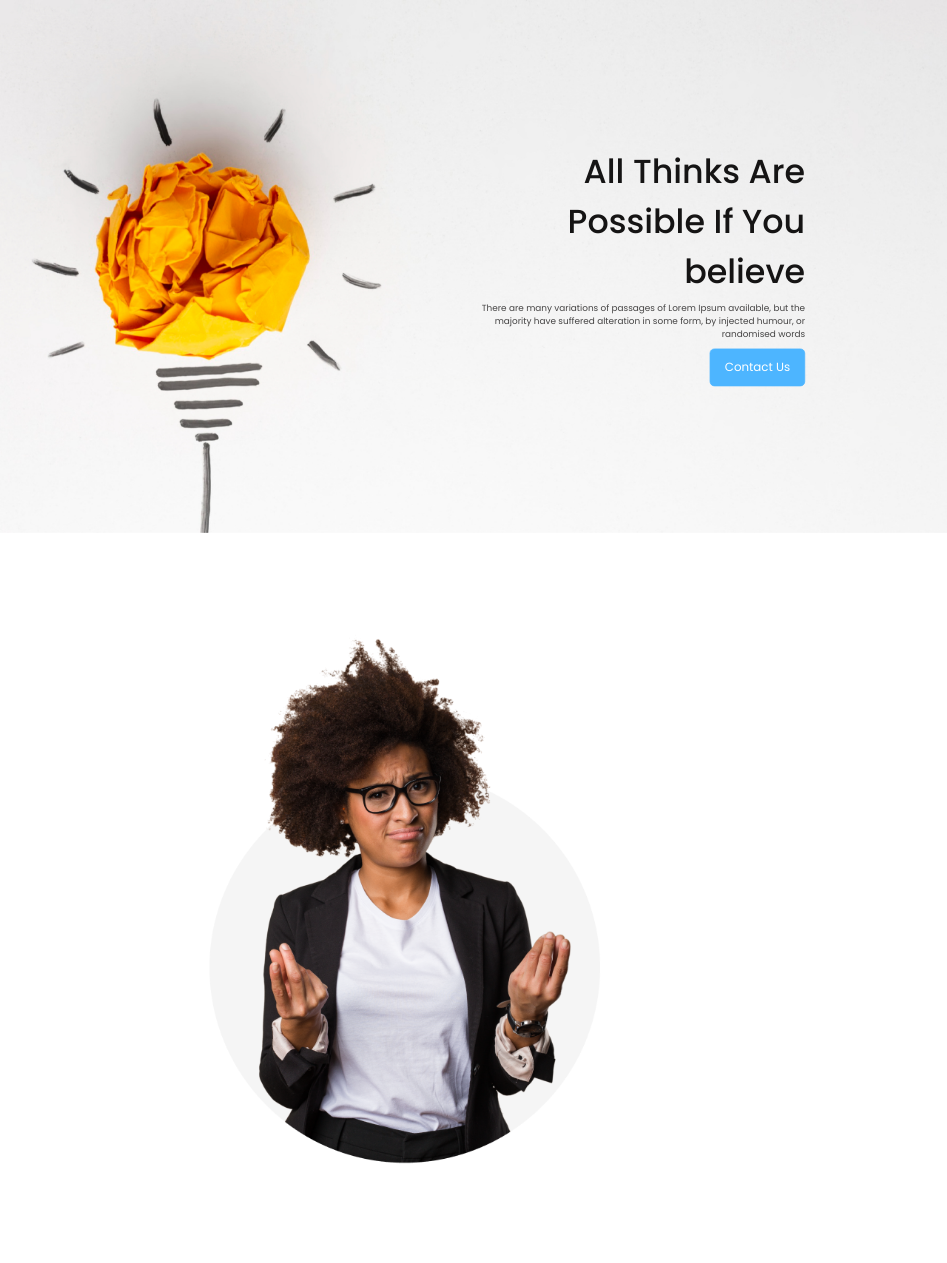
Repository: mdrubel02/new-year-new-mission
Page: index.html
An editor plug-in stored every save of this project. The page is shown before and after the next save, followed by the edit.
The browser window is 1280 px wide. The pictures show the whole page, at 74% of full size.

Above is the page before, as saved 2023-01-06 22:42:20.

### index.html
<!DOCTYPE html>
<html lang="en">

<head>
    <meta charset="UTF-8">
    <meta http-equiv="X-UA-Compatible" content="IE=edge">
    <meta name="viewport" content="width=device-width, initial-scale=1.0">
    <title>new-year-new-mission</title>
    <!-------- css link ---------->
    <link rel="stylesheet" href="/index.css">
</head>

<body>
    <header>
        <!--------- banner section --------->
        <section class="banner_section ">
            <div class="banner">
                <h1>All Thinks Are Possible If You believe</h1>
                <p>There are many variations of passages of Lorem Ipsum available, but the majority have suffered
                    alteration in some form, by injected humour, or randomised words</p>
                <a href="" class="btn btn-primary">Contact Us</a>
            </div>
        </section>
    </header>
    <section class="container">
        <div class="experience_section">
            <div class="experience_left">
                <img src="./images/person.png" alt="">
            </div>
            <div class="experience_right"></div>
        </div>

    </section>
</body>

</html>

### index.css
/* =====GOOGLE FONTS====== */
@import url('https://fonts.googleapis.com/css2?family=Poppins:wght@300;400;500;600&display=swap');

/* =====COMMON STYLES====== */
* {
    margin: 0;
    padding: 0;
    border: 0;
    outline: 0;
    list-style: none;
    text-decoration: none;
}

body {
    font-family: 'Poppins', sans-serif;
}

h1,
h2,
h3,
h4,
h5,
h6 {
    font-weight: 500;
}

.container {
    max-width: 1200px;
    margin: 0 auto;
    margin-top: 10%;
    margin-bottom: 10%;
    padding: 0 30px;
    box-sizing: border-box;
}

a {
    color: #fff;
    transition: all 400ms ease;
}

a:hover {
    color: #fff;
}

.btn {
    text-align: center;
    width: max-content;
    display: inline-block;
    color: #fff;
    padding: 0.75rem 1.2rem;
    border-radius: 0.4rem;
    border: 1px solid #4db5ff;
    transition: all 400ms ease;
}

.btn:hover {
    background: #fff;
    color: #4db5ff;
    border: 1px solid #4db5ff;
}

.btn-primary {
    background: #4db5ff;
    color: #fff;
}

/* ========= Banner section ============== */
.banner_section{
    background-image: url(/images/banner/banner1.png);
    background-repeat: no-repeat;
    background-size: cover;
    background-position: center center;
    height: 100vh;
    width: 100%;
    position: relative;
    z-index: 1;
    display: flex;
    flex-direction: column;
    justify-content: center;
    align-items: flex-end;
    text-align: center;
}
.banner{
    width: 35%;
   margin-top: -0%;
   position: absolute;
   right: 15%;
   display: flex;
   flex-direction: column;
   justify-content: end;
   align-items: flex-end;
}
.banner h1{
    font-size: 45px;
    color: #151414;
    text-align: end;
}
.banner p{
    color: #444343;
    font-size: 12px;
    text-align: end;
    padding-top: 5px;
    padding-bottom: 10px;
}


/* =========== experience section ================== */
.experience_section{
    display: flex;
    justify-content: space-evenly;
    align-items: center;
}
.experience_left{}
.experience_right{}

After the next save:
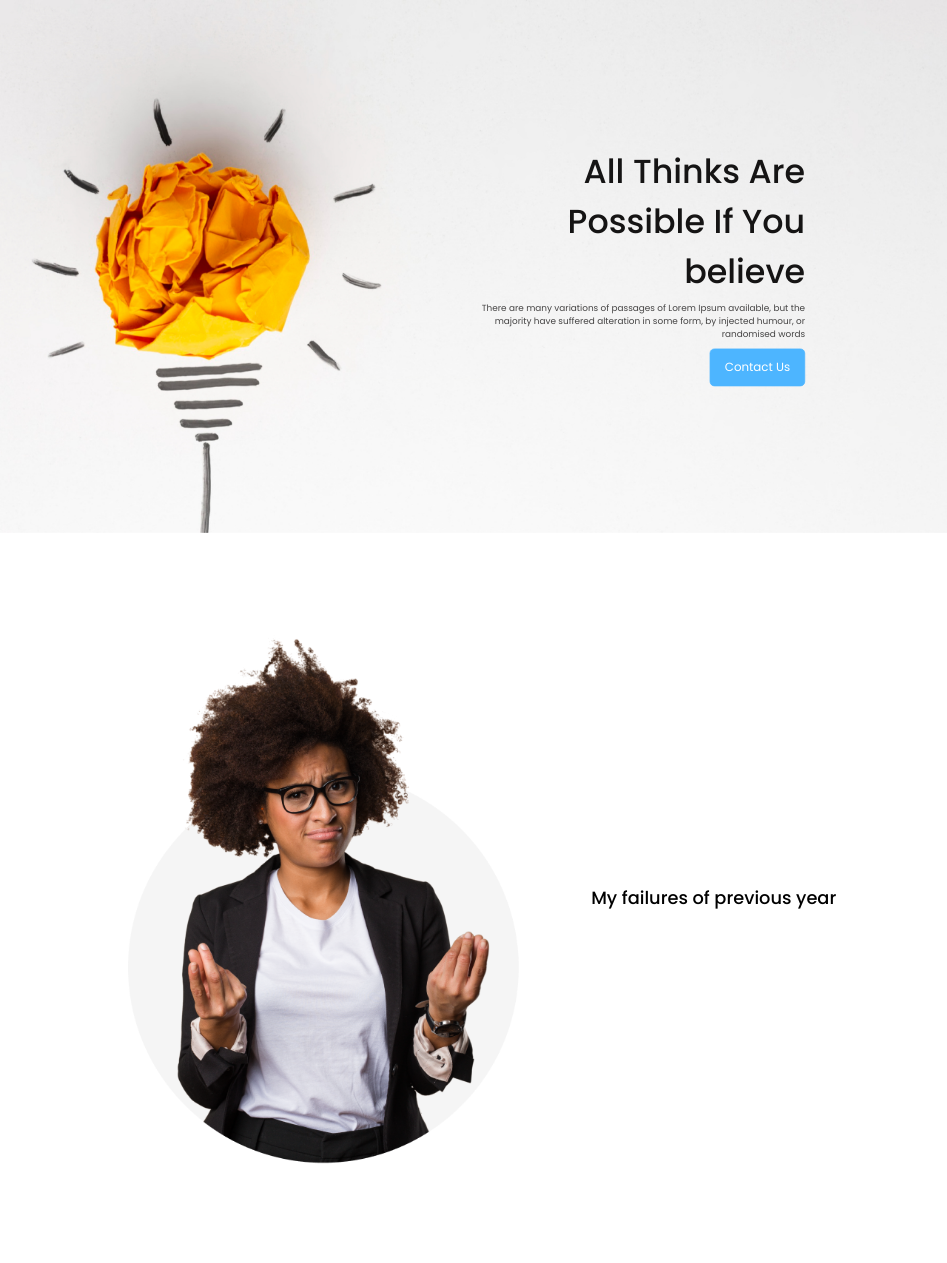
Saved 2 min 0 s later.
--- a/index.html
+++ b/index.html
@@ -27,7 +27,9 @@
             <div class="experience_left">
                 <img src="./images/person.png" alt="">
             </div>
-            <div class="experience_right"></div>
+            <div class="experience_right">
+                <h1>My failures of previous year</h1>
+            </div>
         </div>
 
     </section>
